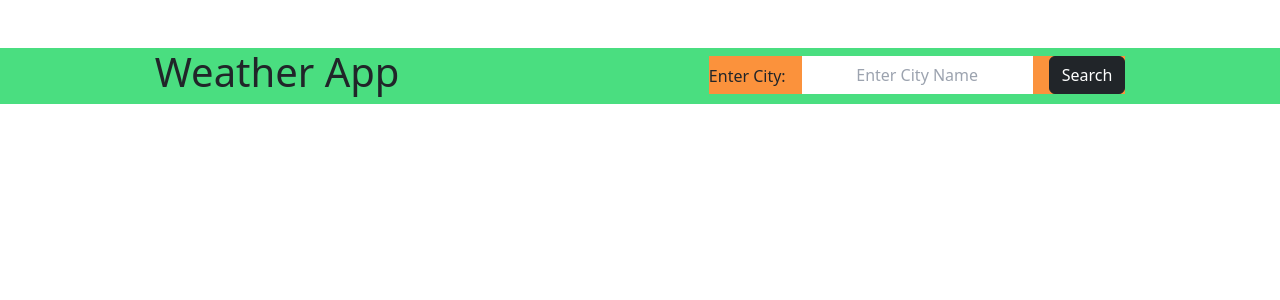
Repository: bhaveshtrades/weatherapp
Page: /
An editor plug-in stored every save of this project. The page is shown before and after the next save, followed by the edit.
The browser window is 1280 px wide. The pictures show the whole page.
The project was rebuilt for these pictures with package versions that can differ from the ones it lists, and the page was loaded fresh each time. Also part of the build but not shown: src/components/DetailedWeather.jsx, src/components/HourlyForecast.jsx.

Above is the page before, as saved 2023-01-22 21:36:27.

After the next save:
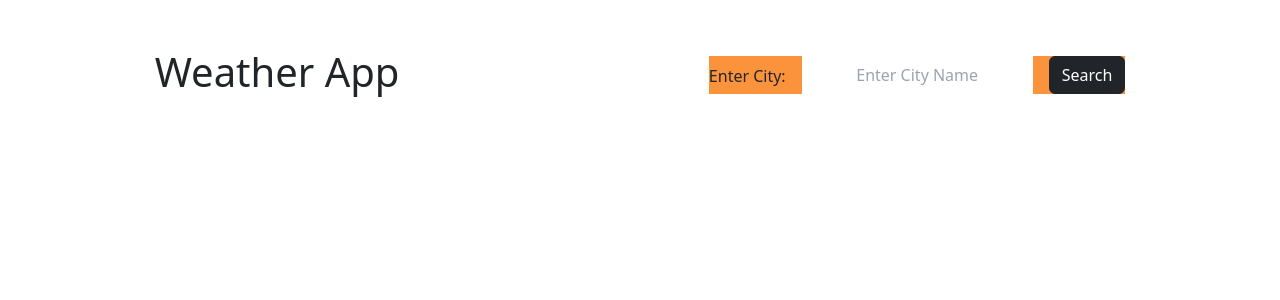
Saved 9 s later.
--- a/src/components/Navbar.jsx
+++ b/src/components/Navbar.jsx
@@ -4,7 +4,7 @@ function Navbar({resultProp, cityProp}){
 
   return (
     <>
-    <div className='flex justify-around mt-12 bg-green-400'>
+    <div className='flex justify-around mt-12'>
     <div>
     <h1>Weather App</h1>
     </div>
